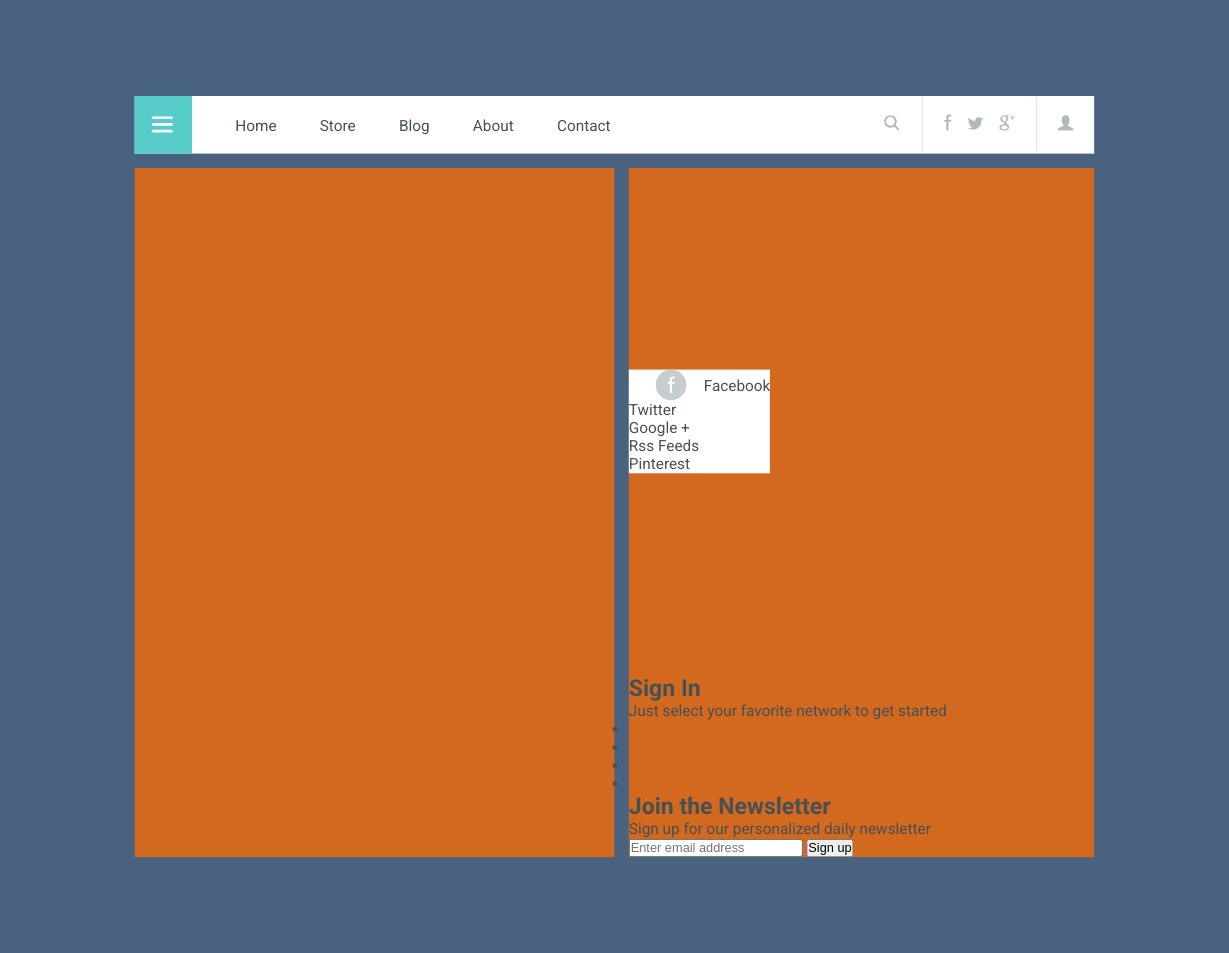
Repository: pawelczubak/WeeklyWebDevChallenge
Page: Challenge_4/index.html
An editor plug-in stored every save of this project. The page is shown before and after the next save, followed by the edit.
The browser window is 1280 px wide. The pictures show the whole page, at 96% of full size.
Some web libraries are served in a nearby version.

Above is the page before, as saved 2020-04-27 20:19:38.

### Challenge_4/index.html
<!DOCTYPE html>
<html lang="en">

<head>
    <meta charset="UTF-8">
    <meta name="viewport" content="width=device-width, initial-scale=1.0">

    <title>Weekly WebDev Challenge - 4</title>

    <link href="https://fonts.googleapis.com/css2?family=Roboto:wght@300;400;700&display=swap" rel="stylesheet">
    <script src="https://kit.fontawesome.com/f64caa1a2c.js" crossorigin="anonymous"></script>

    <meta name="viewport" content="width = device-width, initial-scale=1, user-scalable=yes">
    <link rel="stylesheet" href="css/main.css">
</head>

<body>
    <div class="container">
        <!--  -----  NAVIGATION START  -----  -->
        <nav class="nav">
            <div class="nav-button">

                <svg xmlns="http://www.w3.org/2000/svg" xmlns:xlink="http://www.w3.org/1999/xlink" width="0.24in"
                    height="0.18in">
                    <path fill-rule="evenodd" fill="rgb(255, 255, 255)"
                        d="M20.653,17.008 L1.347,17.008 C0.603,17.008 -0.000,16.417 -0.000,15.690 L-0.000,15.372 C-0.000,14.644 0.603,14.055 1.347,14.055 L20.653,14.055 C21.397,14.055 22.000,14.644 22.000,15.372 L22.000,15.690 C22.000,16.417 21.397,17.008 20.653,17.008 ZM20.653,9.980 L1.347,9.980 C0.603,9.980 -0.000,9.390 -0.000,8.662 L-0.000,8.344 C-0.000,7.617 0.603,7.027 1.347,7.027 L20.653,7.027 C21.397,7.027 22.000,7.617 22.000,8.344 L22.000,8.662 C22.000,9.390 21.397,9.980 20.653,9.980 ZM20.653,2.952 L1.347,2.952 C0.603,2.952 -0.000,2.362 -0.000,1.635 L-0.000,1.317 C-0.000,0.589 0.603,-0.001 1.347,-0.001 L20.653,-0.001 C21.397,-0.001 22.000,0.589 22.000,1.317 L22.000,1.635 C22.000,2.362 21.397,2.952 20.653,2.952 Z" />
                </svg>

            </div>
            <ul class="nav-list">
                <li class="nav-list__item"><a href="#" class="nav-list__link">Home</a></li>
                <li class="nav-list__item"><a href="#" class="nav-list__link">Store</a></li>
                <li class="nav-list__item"><a href="#" class="nav-list__link">Blog</a></li>
                <li class="nav-list__item"><a href="#" class="nav-list__link">About</a></li>
                <li class="nav-list__item"><a href="#" class="nav-list__link">Contact</a></li>
            </ul>
            <div class="nav-icons">
                <div class="nav-icons__search">
                    <a href="#" class="nav-link__icon">
                        <svg xmlns="http://www.w3.org/2000/svg" xmlns:xlink="http://www.w3.org/1999/xlink"
                            width="0.18in" height="0.17in">
                            <path class="nav-icons__svg" fill-rule="evenodd" fill="rgb(178, 185, 189)"
                                d="M15.728,14.309 L11.786,10.388 C12.600,9.303 13.088,7.963 13.088,6.504 C13.088,2.908 10.157,-0.006 6.541,-0.006 C2.926,-0.006 -0.005,2.908 -0.005,6.504 C-0.005,10.100 2.926,13.014 6.541,13.014 C7.963,13.014 9.275,12.558 10.349,11.793 L14.304,15.726 C14.697,16.117 15.335,16.117 15.728,15.726 C16.121,15.335 16.121,14.700 15.728,14.309 ZM6.541,11.011 C4.038,11.011 2.009,8.994 2.009,6.504 C2.009,4.015 4.038,1.996 6.541,1.996 C9.044,1.996 11.073,4.015 11.073,6.504 C11.073,8.994 9.044,11.011 6.541,11.011 Z" />
                        </svg>
                    </a>
                </div>
                <ul class="nav-icons__social-list">
                    <li class="nav-icons__social-icons">
                        <a href="#" class="nav-link__icon">
                            <svg xmlns="http://www.w3.org/2000/svg" xmlns:xlink="http://www.w3.org/1999/xlink"
                                width="0.09in" height="0.18in">
                                <path class="nav-icons__svg" fill-rule="evenodd" fill="rgb(178, 185, 189)"
                                    d="M7.672,0.063 L6.069,0.063 C6.069,0.063 2.724,-0.188 2.724,3.338 C2.724,4.092 2.724,6.011 2.724,6.011 L0.453,6.011 L0.459,7.910 L2.723,7.910 L2.725,17.002 L5.000,17.002 L5.000,7.910 L7.507,7.910 L8.042,6.011 L5.013,6.011 L5.013,3.266 C5.013,3.266 4.988,2.341 6.072,2.341 L7.662,2.341 L7.672,0.063 Z" />
                            </svg>
                        </a>
                    </li>
                    <li class="nav-icons__social-icons">
                        <a href="#" class="nav-link__icon">
                            <svg xmlns="http://www.w3.org/2000/svg" xmlns:xlink="http://www.w3.org/1999/xlink"
                                width="0.17in" height="0.14in">
                                <path class="nav-icons__svg" fill-rule="evenodd" fill="rgb(178, 185, 189)"
                                    d="M16.027,1.547 C15.437,1.809 14.803,1.985 14.138,2.065 C14.817,1.659 15.338,1.015 15.584,0.250 C14.949,0.625 14.245,0.898 13.497,1.046 C12.897,0.408 12.043,0.009 11.097,0.009 C9.282,0.009 7.810,1.478 7.810,3.291 C7.810,3.547 7.839,3.799 7.895,4.039 C5.163,3.901 2.741,2.595 1.119,0.611 C0.837,1.095 0.674,1.658 0.674,2.259 C0.674,3.398 1.255,4.402 2.137,4.990 C1.598,4.974 1.091,4.825 0.648,4.579 C0.647,4.593 0.647,4.606 0.647,4.621 C0.647,6.211 1.781,7.537 3.285,7.838 C3.009,7.913 2.718,7.953 2.418,7.953 C2.207,7.953 2.000,7.933 1.800,7.894 C2.218,9.198 3.432,10.147 4.871,10.172 C3.746,11.053 2.328,11.578 0.788,11.578 C0.523,11.578 0.261,11.562 0.004,11.531 C1.459,12.462 3.187,13.006 5.043,13.006 C11.089,13.006 14.395,8.006 14.395,3.671 C14.395,3.529 14.393,3.387 14.387,3.246 C15.029,2.783 15.586,2.206 16.027,1.547 Z" />
                            </svg>
                        </a>
                    </li>
                    <li class="nav-icons__social-icons">
                        <a href="#" class="nav-link__icon">
                            <svg xmlns="http://www.w3.org/2000/svg" xmlns:xlink="http://www.w3.org/1999/xlink"
                                width="0.18in" height="0.18in">
                                <path class="nav-icons__svg" fill-rule="evenodd" fill="rgb(178, 185, 189)"
                                    d="M15.006,4.015 L15.006,5.999 L13.966,5.999 L13.966,4.015 L11.997,4.015 L11.997,3.013 L13.966,3.013 L13.966,0.971 L15.006,0.971 L15.006,3.013 L17.010,3.013 L17.010,4.015 L15.006,4.015 ZM8.900,2.055 C9.780,2.557 10.247,3.589 10.247,4.730 C10.247,5.777 9.666,6.620 8.845,7.259 C8.043,7.884 7.891,8.145 7.891,8.676 C7.891,9.129 8.849,9.803 9.290,10.132 C10.823,11.279 11.112,12.000 11.134,13.433 C11.162,15.338 9.199,17.001 6.054,17.001 C3.294,17.001 0.982,15.749 0.982,13.959 C0.982,11.258 2.897,10.385 5.657,10.385 C5.958,10.385 6.233,10.377 6.518,10.377 C6.141,10.013 5.836,9.697 5.836,9.144 C5.836,8.815 5.940,8.501 6.087,8.221 C5.938,8.231 5.785,8.241 5.627,8.241 C3.360,8.241 2.041,6.653 2.041,4.664 C2.041,2.715 4.050,0.969 6.459,0.969 C7.701,0.969 11.208,0.969 11.208,0.969 L10.147,2.055 L8.900,2.055 ZM6.121,11.642 C4.364,11.642 2.912,12.300 2.912,13.538 C2.912,14.799 4.207,15.828 5.999,15.828 C8.520,15.828 9.398,14.865 9.398,13.601 C9.398,13.449 9.394,13.295 9.341,13.156 C8.733,11.642 6.774,11.642 6.121,11.642 ZM8.249,4.923 C8.040,3.342 7.249,2.152 6.035,2.115 C4.820,2.079 3.755,3.182 3.966,4.764 C4.175,6.348 5.330,7.409 6.545,7.446 C7.760,7.481 8.458,6.507 8.249,4.923 Z" />
                            </svg>
                        </a>
                    </li>
                </ul>
                <div class="nav-icons__acount">
                    <a href="#" class="nav-link__icon">
                        <svg xmlns="http://www.w3.org/2000/svg" xmlns:xlink="http://www.w3.org/1999/xlink"
                            width="0.182in" height="0.18in">
                            <path class="nav-icons__svg" fill-rule="evenodd" fill="rgb(178, 185, 189)"
                                d="M15.993,17.030 L1.963,17.030 C1.394,17.030 0.932,16.569 0.932,15.999 L0.932,15.405 C0.932,14.535 1.963,14.374 1.963,14.374 L7.322,11.719 C5.880,10.561 5.056,8.283 5.056,7.156 L5.056,4.578 C5.056,2.871 6.903,0.969 9.181,0.969 C11.459,0.969 13.024,2.871 13.024,4.578 L13.024,7.156 C13.024,8.394 12.208,10.604 10.779,11.729 L15.993,14.374 C15.993,14.374 17.024,14.551 17.024,15.405 L17.024,15.999 C17.024,16.569 16.562,17.030 15.993,17.030 Z" />
                        </svg>
                    </a>
                </div>
            </div>
        </nav>

        <!--  -----  NAVIGATION END  -----  -->

        <!--  -----  MAIN START  -----  -->
        <main class="main">
            <!--  -----  MENU SECTION START  -----  -->
            <section class="menu-section"></section>
            <!--  -----  MENU SECTION END  -----  -->

            <!--  -----  SOCIAL SECTION START  -----  -->
            <section class="social-section">
                <article class="social-section__socials-container">
                    <ul class="socials-container__socials-list">
                        <li class="socials-container__socials-items">
                            <a href="#" class="socials-container__socials-link">
                                <div class="social-link__icon">
                                    <svg xmlns="http://www.w3.org/2000/svg" xmlns:xlink="http://www.w3.org/1999/xlink"
                                        width="0.09in" height="0.18in">
                                        <path class="nav-icons__svg" fill-rule="evenodd" fill="rgb(255, 255, 255)"
                                            d="M7.672,0.063 L6.069,0.063 C6.069,0.063 2.724,-0.188 2.724,3.338 C2.724,4.092 2.724,6.011 2.724,6.011 L0.453,6.011 L0.459,7.910 L2.723,7.910 L2.725,17.002 L5.000,17.002 L5.000,7.910 L7.507,7.910 L8.042,6.011 L5.013,6.011 L5.013,3.266 C5.013,3.266 4.988,2.341 6.072,2.341 L7.662,2.341 L7.672,0.063 Z" />
                                    </svg>
                                </div>
                                <p>Facebook</p>
                            </a>
                        </li>
                        <li class="socials-container__socials-items">
                            <a href="#" class="socials-container__socials-link">Twitter</a>
                        </li>
                        <li class="socials-container__socials-items">
                            <a href="#" class="socials-container__socials-link">Google +</a>
                        </li>
                        <li class="socials-container__socials-items">
                            <a href="#" class="socials-container__socials-link">Rss Feeds</a>
                        </li>
                        <li class="socials-container__socials-items">
                            <a href="#" class="socials-container__socials-link">Pinterest</a>
                        </li>
                    </ul>
                    <div class="socials-container__follow-items">
                        <div class="socials-container__facebook-widget"></div>
                        <div class="socials-container__twitter-widget"></div>
                    </div>
                </article>
                <article class="social-section__sign-in">
                    <h2 class="socials-container__header">Sign In</h2>
                    <p class="sign-in__paragraph">Just select your favorite network to get started</p>
                    <ul class="sign-in__list">
                        <li class="sign-in__item"><a href="#" class="sign-in__link"></a></li>
                        <li class="sign-in__item"><a href="#" class="sign-in__link"></a></li>
                        <li class="sign-in__item"><a href="#" class="sign-in__link"></a></li>
                        <li class="sign-in__item"><a href="#" class="sign-in__link"></a></li>
                    </ul>
                </article>
                <article class="social-section__newsletter">
                    <h2 class="socials-container__header">Join the Newsletter</h2>
                    <p class="newsletter__paragraph">Sign up for our personalized daily newsletter</p>
                    <form action="GET" class="newsletter__form">
                        <input placeholder="Enter email address" type="email" name="email" required
                            class="newsletter__input" autocomplete="off" />
                        <button class="newsletter__button" formenctype="multipart/form-data" type="submit">Sign
                            up</button>
                    </form>
                </article>
            </section>
            <!--  -----  SOCIAL SECTION END  -----  -->
        </main>
        <!--  -----  MAIN END  -----  -->


    </div>

    <script src="js/main.js" type="text/javascript"></script>
</body>

</html>

### Challenge_4/css/main.css
*,
*::after,
*::before {
    box-sizing: border-box;
    margin: 0;
    padding: 0;
}

/*------------------  GLOBAL START  ------------------*/
body {
    margin: 0;
    padding: 0;
    font: 16px 'Roboto', sans-serif;
    color: #475055;
    background-color: #49627f;
}

.container {
    max-width: 1000px;
    min-height: 700px;
    margin: 100px auto;
    overflow: hidden;
}

/*------------------  GLOBAL END  ------------------*/
/*------------------  NAV START  ------------------*/
.nav {
    position: relative;
    display: flex;
    justify-content: left;
    width: 100%;
    height: 60px;
    background-color: #ffffff;
    margin-bottom: 15px;
}

.nav-button {
    display: flex;
    align-items: center;
    justify-content: center;
    background-color: #56ccc8;
    width: 60px;
    cursor: pointer;
    pointer-events: none;
}

.nav-button:hover {
    background-color: #56ddd8;
}

.nav-list {
    display: flex;
    list-style: none;

}

.nav-list__item {
    padding-left: 45px;
    display: flex;
    align-items: center
}

.nav-list__link {
    text-decoration: none;
    color: #475055;
}

.nav-list__link:hover {
    color: #56ccc8;
}

.nav-icons {
    display: flex;
    align-items: center;
    margin-left: auto;
}

.nav-icons__search {
    width: 60px;
    display: flex;
    justify-content: center;
}

.nav-link__icon {}

.nav-icons__social-list {
    position: relative;
    display: flex;
    height: 100%;
    justify-content: space-around;
    align-items: center;
    width: 120px;
    padding: 0 15px;
}

.nav-icons__social-list::before,
.nav-icons__social-list::after {
    position: absolute;
    content: '';
    top: 0;
    height: 100%;
    width: 1px;
    background-color: #dde2e4;
}

.nav-icons__social-list::after {
    left: 0;
}

.nav-icons__social-list::before {
    right: 0;
}

.nav-icons__social-icons {
    list-style: none;
}

.nav-icons__acount {
    width: 60px;
    display: flex;
    justify-content: center;
}

.nav-link__icon:hover .nav-icons__svg {
    fill: #152840;
}

/*------------------  NAV END  ------------------*/
/*------------------  MAIN START  ------------------*/
.main {
    display: flex;
    width: 100%;
}

/*------------------  MENU SECTION START  ------------------*/
.menu-section {
    width: 50%;
    /*    !!!!!!!!!!  ONLY FOR TEST !!!!!! */
    min-heignt: 500px;
    background-color: chocolate;
}

/*------------------  MENU SECTION END  ------------------*/
/*------------------  SOCIAL SECTION START  ------------------*/
.social-section {
    width: calc(50% - 15px);
    margin-left: 15px;

    background-color: chocolate;

}

.social-section__socials-container {
    display: flex;
}

.socials-container__socials-list {
    list-style: none;
    background-color: #ffffff;
    margin: 210px 0;
}

.socials-container__socials-items {}

.social-link__icon {
    display: flex;
    justify-content: center;
    align-items: center;
    height: 32px;
    width: 32px;
    background-color: #c5cdd1;
    border-radius: 50%;
    margin: 0 18px 0 28px;
}

.socials-container__socials-link {
    display: flex;
    align-items: center;
    text-decoration: none;
    color: #475055;

}

/*------------------  SOCIAL SECTION END  ------------------*/

/*------------------  MAIN END  ------------------*/

/*------------------  MEDIAQUERY START  ------------------*/

@media screen and (max-width: 1024px) {
    .container {
        max-width: 95%;
    }
}

@media screen and (max-width: 800px) {
    .container {
        margin: 15px auto;
    }

    /*------------------  NAV START  ------------------*/
    .nav-button {
        pointer-events: all;
    }

    .nav-list {
        position: absolute;
        flex-direction: column;
        background-color: #ffffff;
        width: 50%;
        top: 60px;
        left: 0;
        height: 500px;
        justify-content: space-around;
        align-items: center;
        transform: translateX(-101%);
        transition: all 0.2s ease-in;
    }

    .nav-list__item {
        opacity: 0;
        padding: 0;
    }

    /*------------------  NAV END  ------------------*/
}

.nav-list--active {
    transform: translateX(0%);
}

/*------------------  MEDIAQUERY END  ------------------*/

/*------------------  ANIMATIONS  ------------------*/
@keyframes navLinkFade {
    from {
        opacity: 0;
        transform: translateX(-50px);
    }

    to {
        opacity: 1;
        transform: translateX(0px);
    }
}

### Challenge_4/js/main.js
const navSlide = () => {
    const burger = document.querySelector('.nav-button');
    const nav = document.querySelector('.nav-list');
    const navLinks = document.querySelectorAll('.nav-list__item');



    burger.addEventListener('click', () => {
        //Toggle nav
        nav.classList.toggle('nav-list--active');

        //Animate links
        navLinks.forEach((link, index) => {
            if (link.style.animation) {
                link.style.animation = ''
            } else {
                link.style.animation = `navLinkFade 0.5s ease forwards ${index / 7 + 0.2}s`;
            }

        });
    });


}

navSlide();

After the next save:
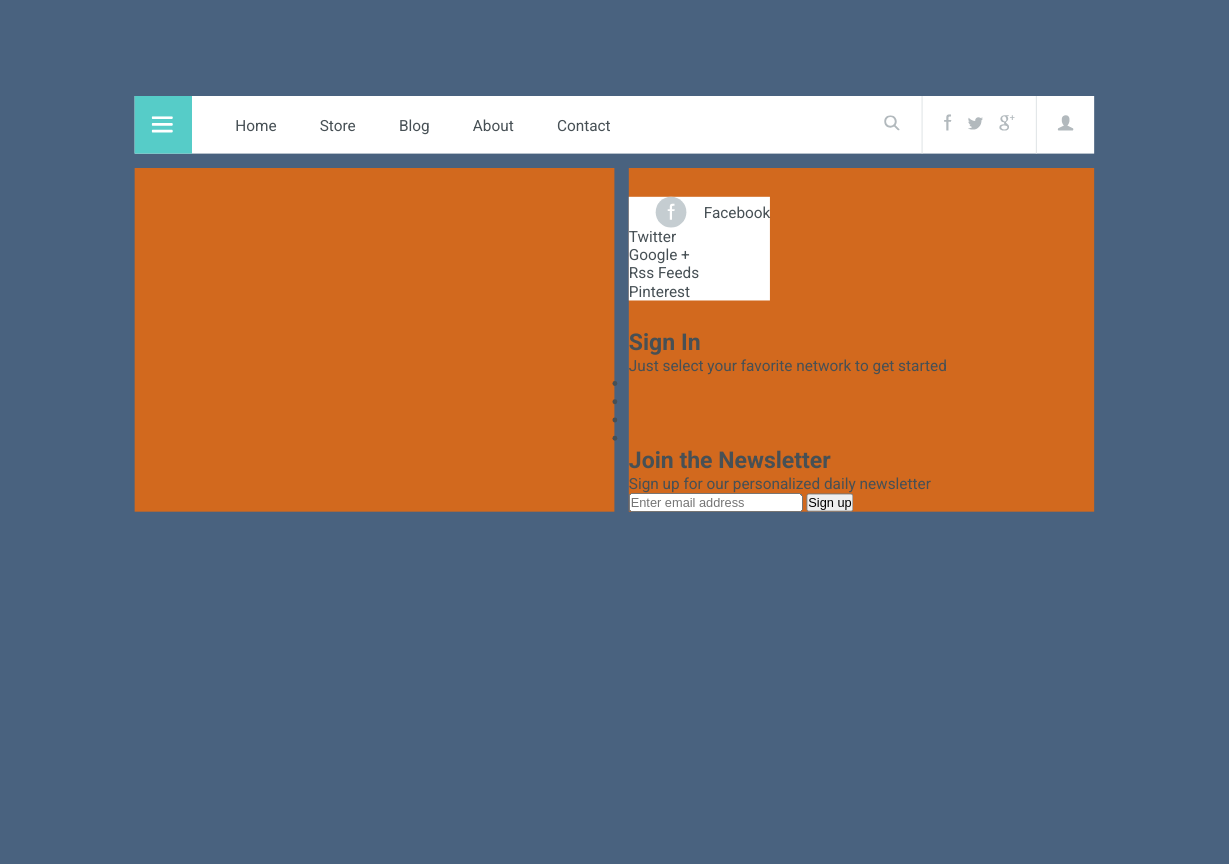
Saved 26 s later.
--- a/Challenge_4/css/main.css
+++ b/Challenge_4/css/main.css
@@ -157,7 +157,7 @@ body {
 .socials-container__socials-list {
     list-style: none;
     background-color: #ffffff;
-    margin: 210px 0;
+    margin: 30px 0;
 }
 
 .socials-container__socials-items {}
